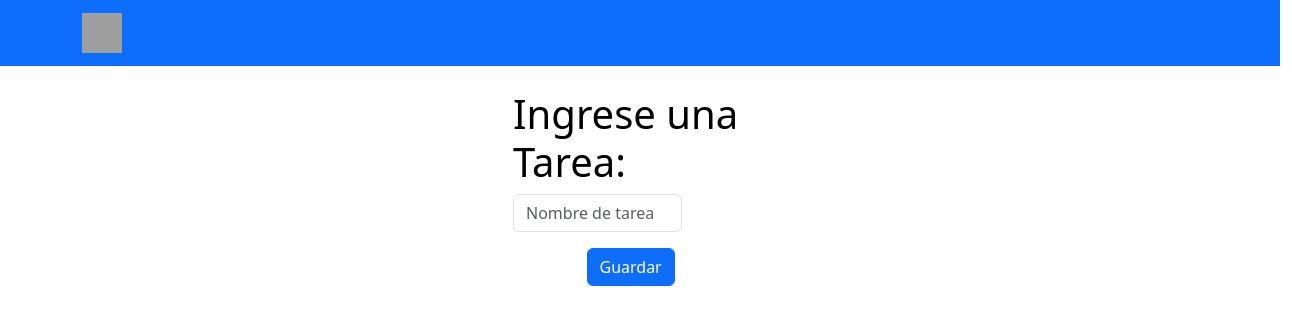
Repository: mgarrido0gb/registroTareas
Page: http://localhost/Tareas/Home
An editor plug-in stored every save of this project. The page is shown before and after the next save, followed by the edit.
The browser window is 1280 px wide. The page is 1292 px wide, so the pictures cover 1292 px, including what lies to the right of the window. The pictures show the whole page.
Pictures or frames that could not be fetched are drawn as grey boxes. The page is served by Tomcat 10. Other server files are loaded and not shown. Queries for data that is not in the repository find no rows.

Above is the page before, as saved 2024-05-21 16:44:53.

### Tareas/src/main/webapp/WEB-INF/home.jsp
<%@page import="models.Categoria"%>
<%@page import="models.Tarea"%>
<%@ page language="java" contentType="text/html; charset=ISO-8859-1"
    pageEncoding="ISO-8859-1" import="java.util.ArrayList" import="models.Tarea" import="models.Categoria"%>
<!doctype html>
<html lang="en">
  <head>
    <meta charset="utf-8">
    <meta name="viewport" content="width=device-width, initial-scale=1">
    <title>Registro Tareas</title>
    <link href="https://cdn.jsdelivr.net/npm/bootstrap@5.3.3/dist/css/bootstrap.min.css" rel="stylesheet" integrity="sha384-QWTKZyjpPEjISv5WaRU9OFeRpok6YctnYmDr5pNlyT2bRjXh0JMhjY6hW+ALEwIH" crossorigin="anonymous">
    <style type="text/css">
    	body{
    		background-color: white;
    		color: black;
    	}

    	li{
    		color: black;
    	}

    	.logotipo{
    		width: 30px;
    		height: 30px;
    	}






    </style>

  </head>
  <body>
  	<nav class="navbar bg-primary" id="nav">
  		<div class="container">
    		<a class="navbar-brand" href="#">
      			<img src="https://cdn-icons-png.flaticon.com/512/181/181627.png"  width="40" height="40">
    		</a>
  		</div>
	</nav>

    <div class="row">
    	<div class="col-3 offset-3 d-block m-auto m-0">
    		<form action="/Tareas/Home" method="post">
    			<div class="p-4">
    				<h1>Ingrese una Tarea: </h1>

    				<div class="text-center col-sm-8">
    					<input class="form-control" placeholder="Nombre de tarea" name="texto" type="text" required>
    				</div>
    			<div>
    			<div class="row">
    				<div class="col-3 offset-3 p-3">
    					<input type="submit" value="Guardar" class="btn btn-primary">
    				</div>

    			</div>
    		</div>

    	</form>

    </div>


    </div>
   <div class="row">
   		<div class="col-3 offset-2 d-block m-auto m-0 p-3">
   			 <%
    			ArrayList<Tarea> tareas = (ArrayList<Tarea>)request.getAttribute("tareas");
    		%>

    			<% for (Tarea t: tareas) { %>
    				<ul class="list-group">
    					<li <% if (t.completada == true){ %>class="text-decoration-line-through text-danger"<% } %> class="list-group-item">
    		 				<%=t.texto %> (creada en: <%=t.fecha %>)
    		 				<a href="/Tareas/CheckearTarea?id=<%=t.id%>"><img src="https://img.icons8.com/?size=48&id=sz8cPVwzLrMP&format=png" class="logotipo"></img></a>
    		 				<a href="/Tareas/GestionTarea?id=<%=t.id%>"><img src="https://img.icons8.com/?size=48&id=pre7LivdxKxJ&format=png" class="logotipo"></img></a>
    					</li>
    				<br>
    			<%}%>
    		</ul>

   		</div>
   </div>
    <script src="https://cdn.jsdelivr.net/npm/bootstrap@5.3.3/dist/js/bootstrap.bundle.min.js" integrity="sha384-YvpcrYf0tY3lHB60NNkmXc5s9fDVZLESaAA55NDzOxhy9GkcIdslK1eN7N6jIeHz" crossorigin="anonymous"></script>
  </body>
</html>

### Tareas/src/main/java/servlets/Home.java
package servlets;

import jakarta.servlet.RequestDispatcher;
import jakarta.servlet.ServletException;
import jakarta.servlet.annotation.WebServlet;
import jakarta.servlet.http.HttpServlet;
import jakarta.servlet.http.HttpServletRequest;
import jakarta.servlet.http.HttpServletResponse;
import models.Categoria;
import models.Tarea;

import java.io.IOException;
import java.sql.SQLException;
import java.util.ArrayList;

import daos.CategoriaDao;
import daos.TareaDao;


/**
 * Servlet implementation class Home
 */
public class Home extends HttpServlet {
	private static final long serialVersionUID = 1L;

    /**
     * Default constructor.
     */
    public Home() {
        // TODO Auto-generated constructor stub
    }

	/**
	 * @throws IOException
	 * @throws ServletException
	 * @see HttpServlet#doGet(HttpServletRequest request, HttpServletResponse response)
	 */
	protected void doGet(HttpServletRequest request, HttpServletResponse response) throws ServletException, IOException  {
		// TODO Auto-generated method stub
		try {
			ArrayList<Tarea> tareas = TareaDao.getAll();
			System.out.println(tareas);
			request.setAttribute("tareas", tareas);

			ArrayList<Categoria> cats = CategoriaDao.getAll();
			request.setAttribute("cats", cats);
		} catch(SQLException e) {
			System.out.println(e);
		}


		// 2. Cargamos el JSP
		RequestDispatcher vista = request.getRequestDispatcher("WEB-INF/home.jsp");
		vista.forward(request, response);
	}

	/**
	 * @see HttpServlet#doPost(HttpServletRequest request, HttpServletResponse response)
	 */
	protected void doPost(HttpServletRequest request, HttpServletResponse response) throws ServletException, IOException {
		// TODO Auto-generated method stub
		String textoNuevaTarea = request.getParameter("texto");
		try {
			TareaDao.addNew(textoNuevaTarea);

		} catch (SQLException e) {
			// TODO Auto-generated catch block
			e.printStackTrace();
		}


		response.sendRedirect("/Tareas/Home");
	}

}

### Tareas/src/main/java/daos/TareaDao.java
package daos;

import java.sql.Connection;
import java.sql.PreparedStatement;
import java.sql.ResultSet;
import java.sql.SQLException;
import java.sql.Statement;
import java.util.ArrayList;

import models.Categoria;
import models.MyConn;
import models.Tarea;

public class TareaDao {

	static public void addNew(String textoNuevaTarea) throws SQLException {
		//1.-  nueva conexion
		Connection conn = MyConn.getConnection();
		//2.- consulta
		PreparedStatement consulta =conn.prepareStatement("INSERT INTO TAREAS (texto) values(?)");
		consulta.setString(1, textoNuevaTarea);
		consulta.execute();
	}

	static public void deleteById (int idTarea) throws SQLException {
		// 1. Pedimos una conexion nueva
		Connection conn = MyConn.getConnection();
		// 2. Creamos la consulta
		PreparedStatement stmt = conn.prepareStatement(
			"delete from tareas where id=?"
		);
		stmt.setInt(1, idTarea);
		// 3. Ejecutar la stmt
		stmt.executeUpdate();
	  }

	static public void checkById (int idTarea) throws SQLException {
		// 1. Pedimos una conexion nueva
		Connection conn = MyConn.getConnection();
		// 2. Creamos la consulta
		PreparedStatement stmt = conn.prepareStatement(
			"update tareas set completada = true where id = ?"
		);
		stmt.setInt(1, idTarea);
		// 3. Ejecutar la stmt
		stmt.executeUpdate();
	  }





	static public ArrayList<String> get_textos () throws SQLException {
		// 1. Creamos un ArrayList vacío
		ArrayList<String> textos = new ArrayList<String>();
		// 2. Pedimos una conección nueva
		Connection conn = MyConn.getConnection();
		// 3. Creamos y ejecutamos la consulta
		Statement consulta = conn.createStatement();
		ResultSet respuesta = consulta.executeQuery("select * from tareas");

		// 4. Vamos llenando el ArrayList con lo que tenga la respuesta
		while (respuesta.next()) {
		  textos.add( respuesta.getString("texto") );
		}
		// 5. Retornamos el ArrayList, ahora lleno
		return textos;
	  }



	static public ArrayList<Tarea> getAll () throws SQLException {
		// 1. Creamos un ArrayList vacío
		ArrayList<Tarea> tareas = new ArrayList<Tarea>();
		// 2. Pedimos una conección nueva
		Connection conn = MyConn.getConnection();
		// 3. Creamos y ejecutamos la consulta
		Statement consulta = conn.createStatement();
		ResultSet respuesta = consulta.executeQuery("select * from tareas");

		// 4. Vamos llenando el ArrayList con lo que tenga la respuesta
		while (respuesta.next()) {
			Tarea t = new Tarea(
					respuesta.getInt("id"),
					respuesta.getString("texto"),
					respuesta.getBoolean("completada"),
					respuesta.getDate("fecha")

			);
		  tareas.add(t);
		}
		return tareas;
	  }
}

### Tareas/src/main/java/models/MyConn.java
package models;

import java.sql.Connection;
import java.sql.DriverManager;
import java.sql.SQLException;

public class MyConn {
	static final String URL = "jdbc:postgresql://localhost/ejemplo_dao";
	static final String USER = "postgres";
	static final String PASSWORD = "12345";
	static final String DRIVER = "org.postgresql.Driver";

	static public Connection conn = null;

    static public Connection getConnection () {
      if (conn != null) {
        return conn;
      }
      try {
    	Class.forName(DRIVER);
    	conn = (Connection) DriverManager.getConnection(URL, USER, PASSWORD);
      }
      catch (ClassNotFoundException | SQLException e) {
    	e.printStackTrace();
      }
      return conn;
    }
}

### Tareas/src/main/java/daos/CategoriaDao.java
package daos;

import java.sql.Connection;
import java.sql.ResultSet;
import java.sql.SQLException;
import java.sql.Statement;
import java.util.ArrayList;

import models.Categoria;
import models.MyConn;


public class CategoriaDao {
	static public ArrayList<Categoria> getAll () throws SQLException {
		// 1. Creamos un ArrayList vacío
		ArrayList<Categoria> categorias = new ArrayList<Categoria>();
		// 2. Pedimos una conección nueva
		Connection conn = MyConn.getConnection();
		// 3. Creamos y ejecutamos la consulta
		Statement consulta = conn.createStatement();
		ResultSet respuesta = consulta.executeQuery("select * from categoria order by id");

		// 4. Vamos llenando el ArrayList con lo que tenga la respuesta
		while (respuesta.next()) {
			Categoria c = new Categoria(
					respuesta.getInt("id"),
					respuesta.getString("nombre")

			);
		  categorias.add(c);
		}
		return categorias;
	  }
}

After the next save:
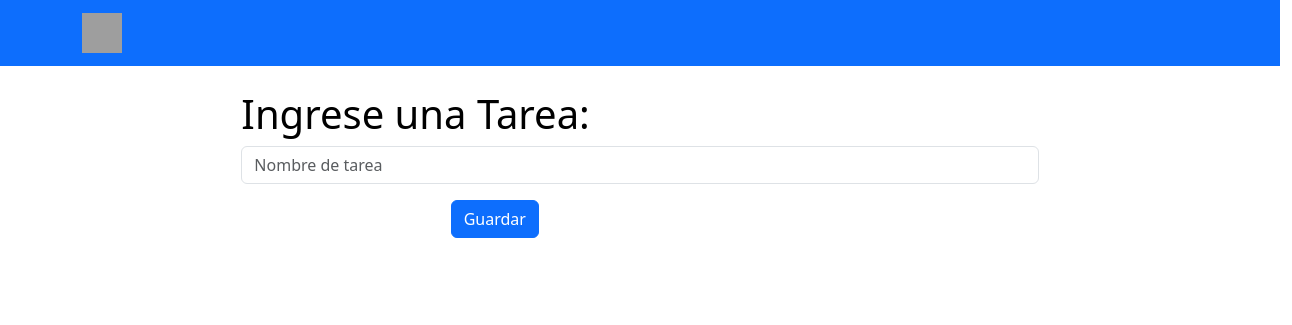
Saved 31 s later.
--- a/Tareas/src/main/webapp/WEB-INF/home.jsp
+++ b/Tareas/src/main/webapp/WEB-INF/home.jsp
@@ -42,12 +42,12 @@
 	</nav>
 
     <div class="row">
-    	<div class="col-3 offset-3 d-block m-auto m-0">
+    	<div class="col-3 offset-3 d-block m-auto m-0 col-sm-8">
     		<form action="/Tareas/Home" method="post">
     			<div class="p-4">
     				<h1>Ingrese una Tarea: </h1>
 
-    				<div class="text-center col-sm-8">
+    				<div class="text-center ">
     					<input class="form-control" placeholder="Nombre de tarea" name="texto" type="text" required>
     				</div>
     			<div>
